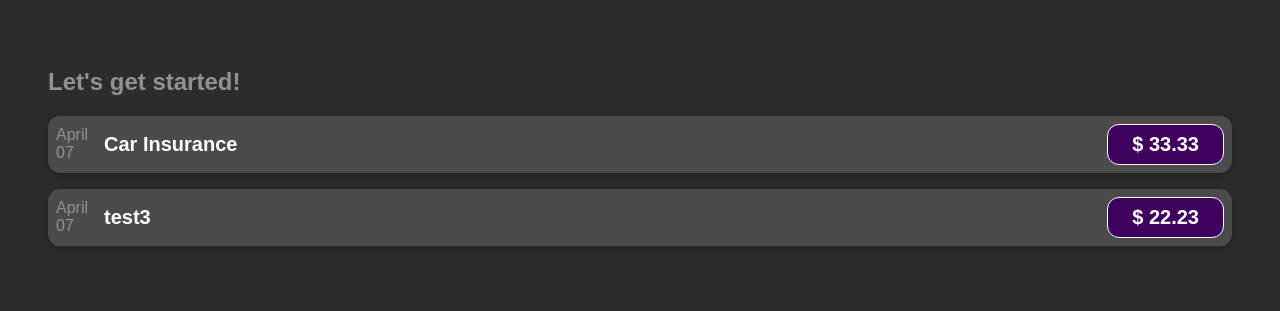
Repository: andresmazza/react-lesson
Page: /
These files come from the project's save history. The page is drawn as it stood at one moment and after the next save; the edit follows.
The browser window is 1280 px wide. The pictures show the whole page.
The project was rebuilt for these pictures with package versions that can differ from the ones it lists, and the page was loaded fresh each time. Also part of the build but not shown: src/App.css.

Above is the page before, as saved 2023-04-07 23:59:04.

### src/index.css
body {
  font-family: sans-serif;
  margin: 0;
  padding: 3rem;
  background-color: #2d2c2c;
  color: #959090;
}
code {
  font-family: source-code-pro, Menlo, Monaco, Consolas, 'Courier New',
    monospace;
}

### src/App.js
import logo from './logo.svg';
import './App.css';
import ExpenseItem from './components/ExpenseItem';
function App() {
  const expenses = [
    { title: 'Car Insurance', amount: 33.33, date: new Date() },
    { title: 'test3', amount: 22.23, date: new Date() },
    { title: 'test#', amount: 43.33, date: new Date() },
  ];
  return (
    <div>
      <h2>Let's get started!</h2>
      <ExpenseItem
        title ={expenses[0].title}
        amount={expenses[0].amount}
        date  ={expenses[0].date}
        ></ExpenseItem>
        <ExpenseItem
        title ={expenses[1].title}
        amount={expenses[1].amount}
        date  ={expenses[1].date}
        ></ExpenseItem>
    </div>
  );
}

export default App;

### src/components/ExpenseItem.js

import './ExpenseItem.css';

function ExpenseItem(props) {
    const month = props.date.toLocaleString('en-US',{month: 'long'});
    const day = props.date.toLocaleString('en-US',{ day: '2-digit'});
    //const month = props.date.toLocaleString('en-US',{month: 'long'});
    return (
      <div className='expense-item'>
        <div>
            <div>{month}</div>
            <div>{day}</div>
        </div>
        <div className='expense-item__description'>
            <h2>{props.title}</h2>
            <div className='expense-item__price'>$ {props.amount}</div>
        </div>
      </div>
    );
  }

export default ExpenseItem;

### src/components/ExpenseItem.css
.expense-item {
  display: flex;
  justify-content: space-between;
  align-items: center;
  box-shadow: 0 2px 8px rgba(0, 0, 0, 0.25);
  padding: 0.5rem;
  margin: 1rem 0;
  border-radius: 12px;
  background-color: #4b4b4b;
}

.expense-item__description {
  display: flex;
  flex-direction: column;
  gap: 1rem;
  align-items: flex-end;
  flex-flow: column-reverse;
  justify-content: flex-start;
  flex: 1;
}

.expense-item h2 {
  color: #3a3a3a;
  font-size: 1rem;
  flex: 1;
  margin: 0 1rem;
  color: white;
}

.expense-item__price {
  font-size: 1rem;
  font-weight: bold;
  color: white;
  background-color: #40005d;
  border: 1px solid white;
  padding: 0.5rem;
  border-radius: 12px;
}

@media (min-width: 580px) {
  .expense-item__description {
    flex-direction: row;
    align-items: center;
    justify-content: flex-start;
    flex: 1;
  }

  .expense-item__description h2 {
    font-size: 1.25rem;
  }

  .expense-item__price {
    font-size: 1.25rem;
    padding: 0.5rem 1.5rem;
  }
}

Loaded but not shown: public/index.html (common file); src/index.js (common file); src/reportWebVitals.js (common file)

After the next save:
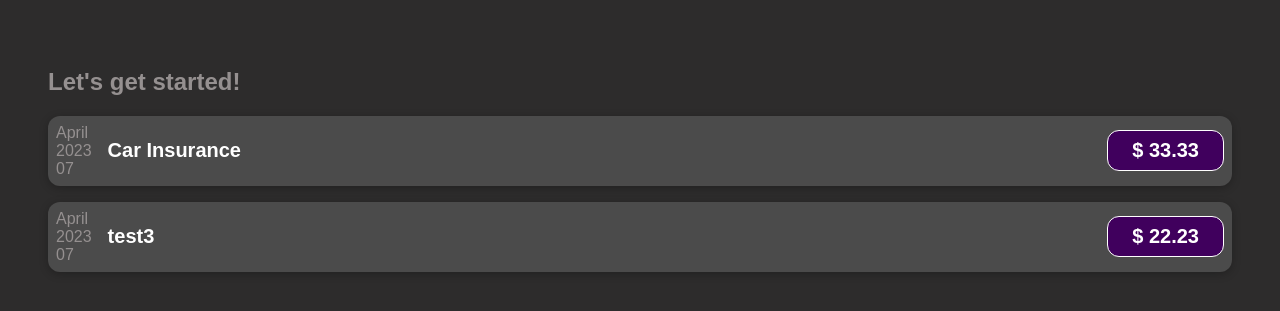
Saved 48 s later.
--- a/src/components/ExpenseItem.js
+++ b/src/components/ExpenseItem.js
@@ -4,11 +4,12 @@ import './ExpenseItem.css';
 function ExpenseItem(props) {
     const month = props.date.toLocaleString('en-US',{month: 'long'});
     const day = props.date.toLocaleString('en-US',{ day: '2-digit'});
-    //const month = props.date.toLocaleString('en-US',{month: 'long'});
+    const year = props.date.getFullYear();
     return (
       <div className='expense-item'>
         <div>
             <div>{month}</div>
+            <div>{year}</div>
             <div>{day}</div>
         </div>
         <div className='expense-item__description'>
